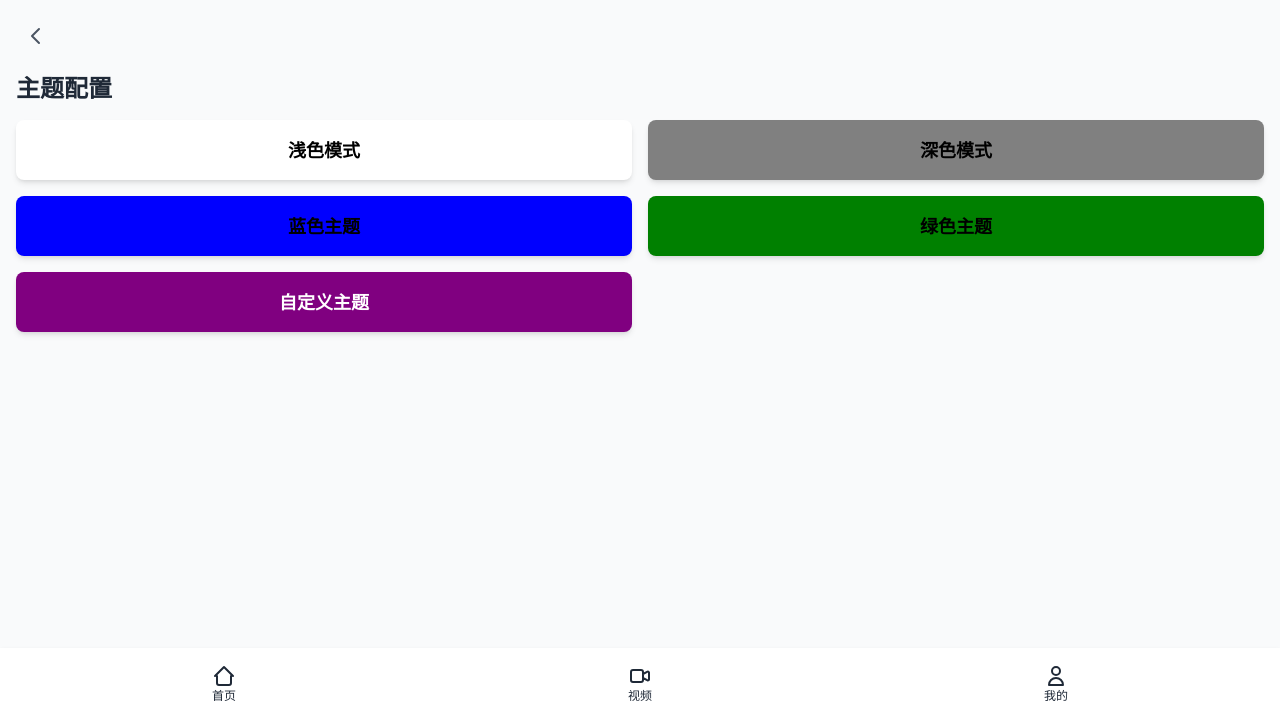
Repository: Look625/simpleNewsForAIRace
Page: /profile/theme-config
An editor plug-in stored every save of this project. The page is shown before and after the next save, followed by the edit.
The browser window is 1280 px wide. The pictures show the whole page.
The project was rebuilt for these pictures with package versions that can differ from the ones it lists, and the page was loaded fresh each time. Also part of the build but not shown: vite.config.ts.

Above is the page before, as saved 2025-02-26 10:32:42.

After the next save:
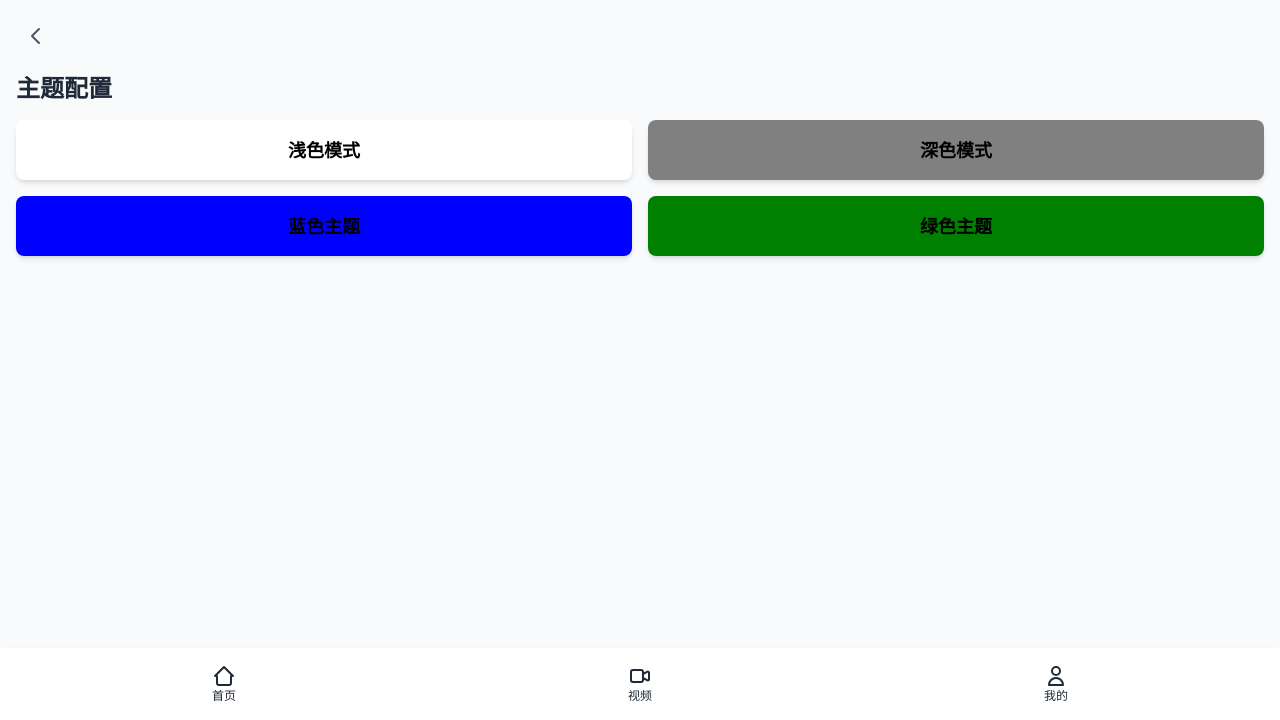
Saved 27 s later.
--- a/src/views/ThemeConfig.vue
+++ b/src/views/ThemeConfig.vue
@@ -35,7 +35,7 @@ const themes = ref([
   { label: '深色模式', value: 'dark', bgClass: 'bg-gray-800 text-white', bgColor: 'gray' },
   { label: '蓝色主题', value: 'blue', bgClass: 'bg-blue-500 text-white', bgColor: 'blue' },
   { label: '绿色主题', value: 'green', bgClass: 'bg-green-500 text-white', bgColor: 'green' },
-  { label: '自定义主题', value: 'custom', bgClass: 'theme-primary text-white', bgColor: 'purple' },
+  // { label: '自定义主题', value: 'custom', bgClass: 'theme-primary text-white', bgColor: 'purple' },
 ])
 
 const applyTheme = (themeName: string) => {
